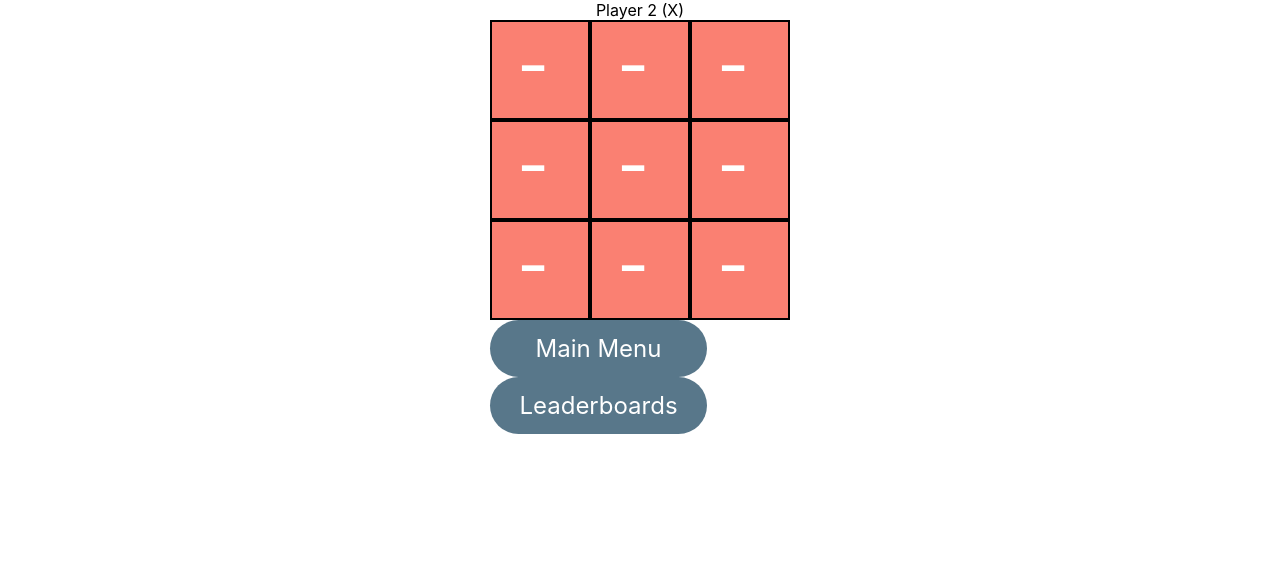
Repository: DawsonGosse/DecisionsGame
Page: /tictacgame (app in web/)
An editor plug-in stored every save of this project. The page is shown before and after a run of saves, followed by the edit.
The browser window is 1280 px wide. The pictures show the whole page.
The project was rebuilt for these pictures with package versions that can differ from the ones it lists, and the page was loaded fresh each time. The framework's server and built-in components were replaced by stand-ins that run in the browser. Also part of the build but not shown: web/next.config.js.

Above is the page before, as saved 2022-01-14 12:23:02.

### web/pages/tictacgame.js
import Game from "../comps/TicTacToe/Game"

export default function TicTacToe() {

    return(
<div className="MainCont">
<Game/>
</div>
    )
}

### web/styles/globals.css
html,
body {
  padding: 0;
  margin: 0;
  font-family: -apple-system, BlinkMacSystemFont, Segoe UI, Roboto, Oxygen,
    Ubuntu, Cantarell, Fira Sans, Droid Sans, Helvetica Neue, sans-serif;
}

a {
  color: inherit;
  text-decoration: none;
}

* {
  box-sizing: border-box;
}

/*************** TIC TAC TOE ***************/

.MainCont{
  display: flex;
  flex-direction: column;
  justify-content: center;
  align-items: center;
  height: screen;
}

.square{
  display: flex;
  flex-wrap: wrap;
  width: 300px;
  height:300px;
  background-color: aquamarine;
}

.innerSquares{
  background-color: salmon;
  border: 2px black solid;
  width:100px;
  height:100px;
  position: relative;
}

.placeholder{
  position: absolute;
  font-size: 70px;
  color:white;
  margin-left: 25px;
}

### web/comps/TicTacToe/Game.js
import { useState } from "react"
import Square from "./Square"
import Button from "../Button"
// Grid/Playing Field
const INITIAL_GRID = [
    ['-','-','-'],
    ['-','-','-'],
    ['-','-','-'],
]


//Setup for turns and ending games
const Game = props=>{
    const [grid, setGrid] = useState(INITIAL_GRID)
    const [turn, setTurn] = useState(Math.random()>0.5?
    false:true);
    const [gameEnd, setGameEnd] = useState(false);
    const [gameWinner, setGameWinner] = useState(null);
    /*
    turn = false => player1 (o)
    turn = true =< player2 (x)
    */


// See if lines has 3 in a row
    const checkLines = (newGrid)=>{
        for(let i=0; i<3; i++){
        let o = 0;
        let x = 0;
            for(let j=0; j<3; j++){
                if(newGrid[i][j] === 'X') x++
                if(newGrid[i][j] === 'O') o++;
            }
            if (x === 3){
              return 'X';
            }
            else if(o === 3){
               return 'O';
            }
        }
        return null;
    }

    // See if columns has 3 in a row
    const checkColumns = (newGrid)=>{
        for(let i=0; i<3; i++){
        let x = 0;
        let o = 0;
            for(let j=0; j<3; j++){
                if(newGrid[j][i] === 'X') x++
                else if(newGrid[j][i] === 'O') o++;
            }
            if (x === 3){
              return 'X';
            }
            if(o === 3){
               return 'O';
            }
        }
        return null;
    }

    // See if both directions of diagonal lines have 3 in a row
    const checkDiagonals = (newGrid)=>{
        // First diagonal
        let x = 0;
        let o = 0;
        for(let i=0; i<3; i++){
            if(newGrid[i][i] === 'X') x++
            if(newGrid[i][i] === 'O') o++;
        }
        if ( x === 3) return 'X'
        else if( o === 3) return 'O';
        // Second diagonal
        x,o = 0;
        for(let i=0; i<3; i++){
            if(newGrid[i][2-i] === 'X') x++
            if(newGrid[i][2-i] === 'O') o++;
        }
        if (x === 3) return 'X';
        else if(o === 3) return 'O';

        return null;

    }


    const setValue = (i,j) =>{
        const newGrid = [...grid];
        if(newGrid[i][j]!='-') return;
        newGrid[i][j] = !turn?'O':'X';
        setGrid(newGrid)
        setTurn(!turn)

        /*
        Who is the winner?
        */

       let winner = null;
       winner = checkLines(newGrid);
       console.log(checkLines(newGrid), checkColumns(newGrid)
       ,checkDiagonals(newGrid))
       if(winner === null)  winner = checkColumns(newGrid);
       if(winner === null)  winner = checkDiagonals(newGrid);

       if(winner){
           setGameEnd(true);
           setGameWinner(winner)
           setGrid(INITIAL_GRID);
        }
    }



    return(
            <>
            {
                gameEnd?(
                    <div>
                        the {gameWinner==='X'?'Player 1 (X)':'Player 2 (O)'} Won The Game!
                        </div>
                ):(
                    <div>
                        {!turn?"Player 1 (O) :":"Player 2 (X)"}
                    </div>
                )
            }

        <div className="square">
                {
                    grid.map((gLine, i)=>{
                        return(
                            gLine.map((el,j)=>{
                                return(
                                    <Square
                                    label = {el}
                                    i={i}
                                    j={j}
                                    setValue={setValue}
                                    />
                                )
                            })
                        )
                    })
                }
                 <Button text="Main Menu" routeTo="/"></Button>
                 <Button text="Leaderboards" routeTo="/leaderboard"></Button>
                 <br></br>
        </div>
        </>
    )
}

export default Game;

### web/comps/TicTacToe/Square.js
import React from "react";
import styled from "styled-components";
const Square = ({label,i,j,setValue})=>{

    const Container = styled.div`
        padding-top: ;
    `

    return(
        <Container>
            <div className="innerSquares" onClick={()=>setValue(i,j)}>
                <div className="placeholder">
                    {label}
                </div>
            </div>
        </Container>
    )
}

export default Square;

### web/comps/Button/index.js
import React from 'react';
import styled from 'styled-components';
import {useRouter} from 'next/router';

const Container = styled.div`
    display: flex;
    justify-content: center;
    align-items: center;
    width: 217px;
    height: 57px;
    background-color: ${props=>props.bgcolor};
    border-radius: 28.5px;
`

const TextCont = styled.div`
    font-size: 24px;
    color: #FFFFFF;
    text-align: center;
`

const Button = ({
    bgcolor='#58778A',
    text="Start Game",
    routeTo="/rpsgame",

}) => {

    const router = useRouter();

    return <Container bgcolor={bgcolor} onClick={()=>router.push(routeTo)}>
        <TextCont>{text}</TextCont>
    </Container>
}

export default Button;

Loaded but not shown: web/pages/_app.js (common file)

After the next 2 saves:
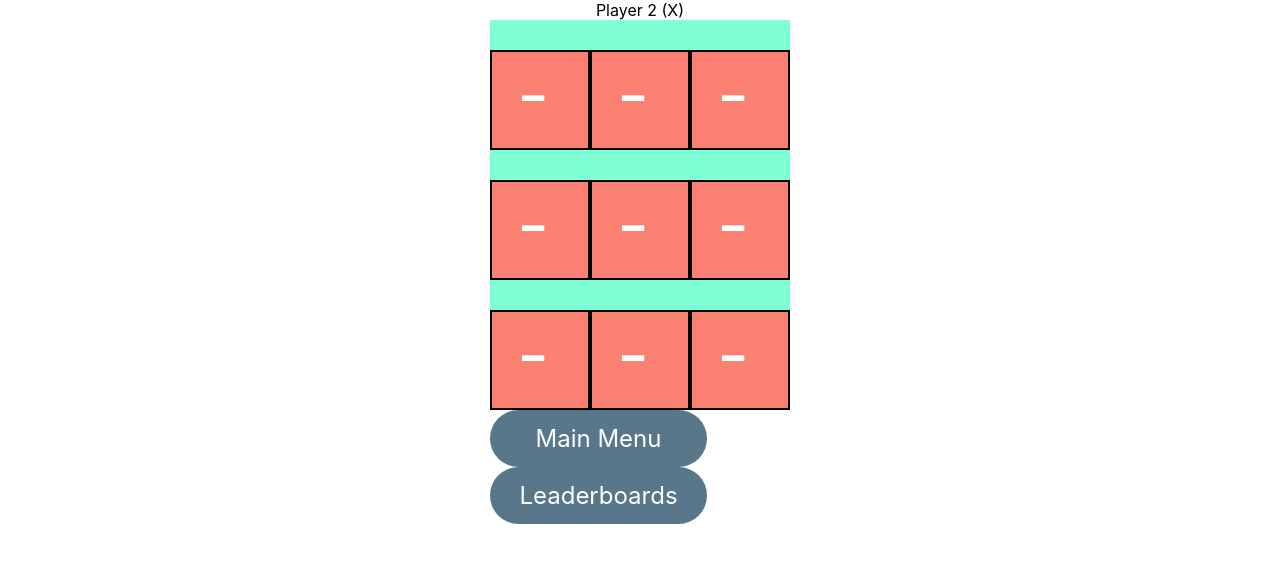
The 2 saves are shown as one change because they came seconds apart.
The last was saved 10 s later.
--- a/web/comps/TicTacToe/Square.js
+++ b/web/comps/TicTacToe/Square.js
@@ -3,7 +3,7 @@
 const Square = ({label,i,j,setValue})=>{
 
     const Container = styled.div`
-        padding-top: ;
+        padding-top: 10%;
     `
 
     return(

After the 2 saves that followed:
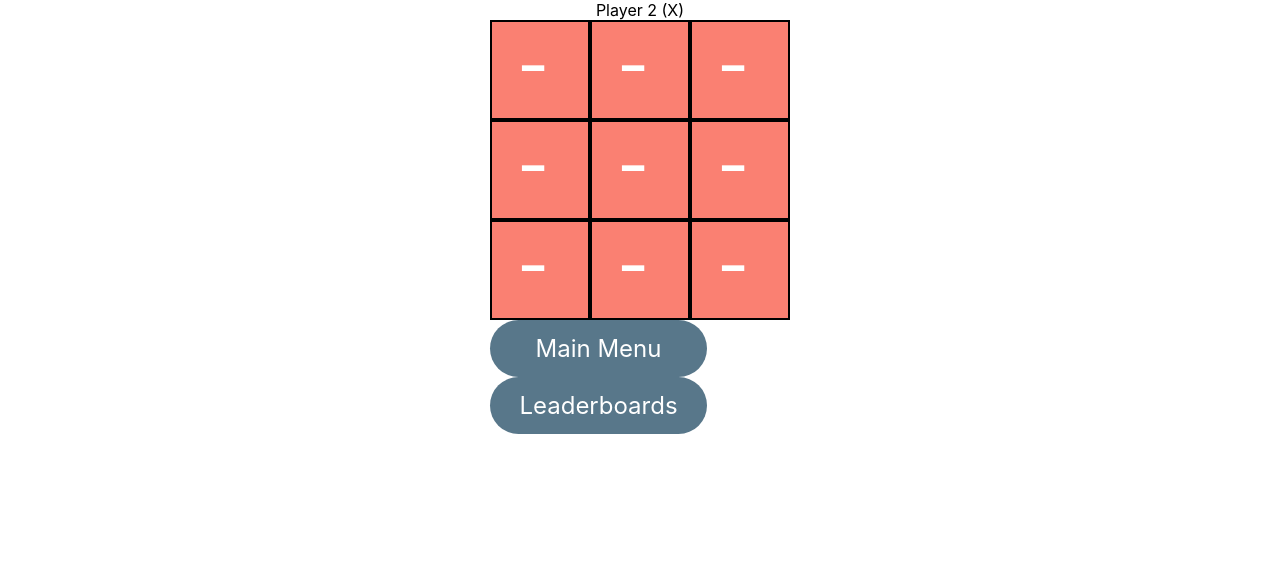
The 2 saves are shown as one change because they came seconds apart.
The last was saved 6 s later.
--- a/web/comps/TicTacToe/Square.js
+++ b/web/comps/TicTacToe/Square.js
@@ -3,7 +3,7 @@
 const Square = ({label,i,j,setValue})=>{
 
     const Container = styled.div`
-        padding-top: 10%;
+        padding-top: ;
     `
 
     return(
